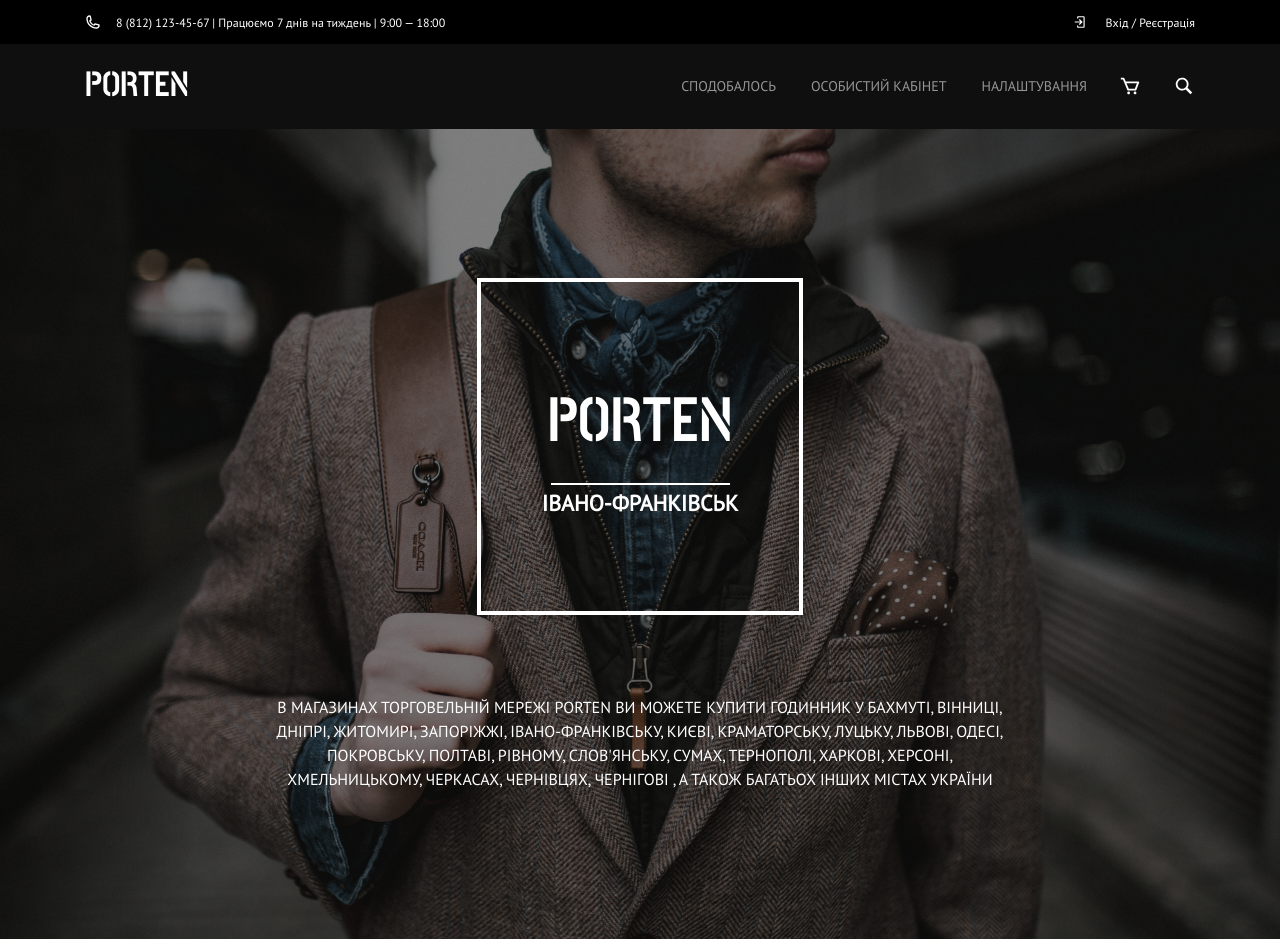
Repository: KYUUBI-K/porten
Page: index.html
The author's editor kept a copy of each file at every save. The page is drawn from the files as they stood at one save, then again after the next save.
The browser window is 1280 px wide. The pictures show the whole page.

Above is the page before, as saved 2025-09-09 21:29:58.

After the next save:
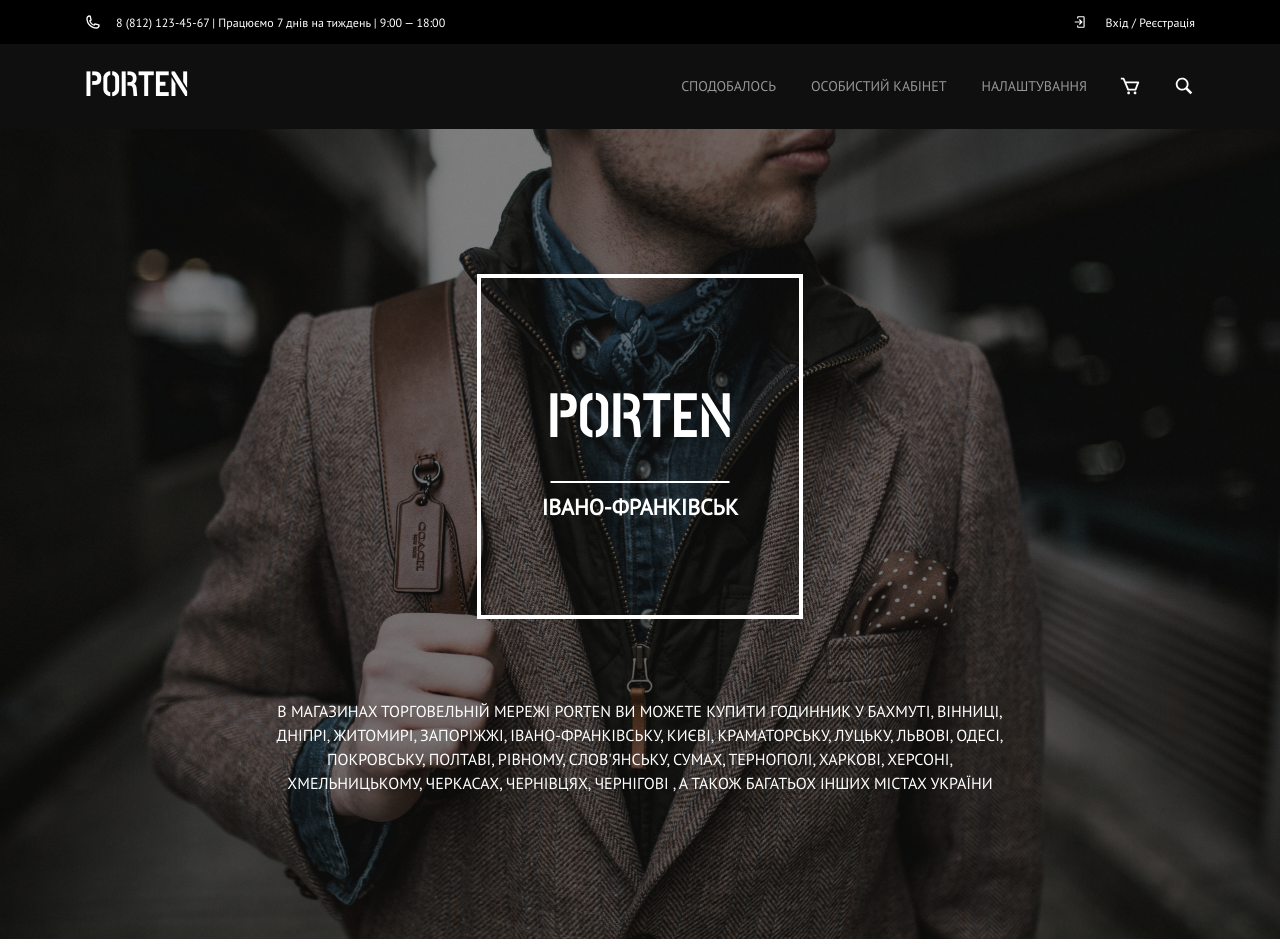
Saved 13 s later.
--- a/styles.css
+++ b/styles.css
@@ -166,5 +166,8 @@
   max-width: 730px;
 }
 .line {
-  /* display: block; */
+  display: block; /* не inline */
+  width: 180px;
+  height: 2px;
+  margin: 14px auto 10px; /* центрує по горизонталі */
 }
